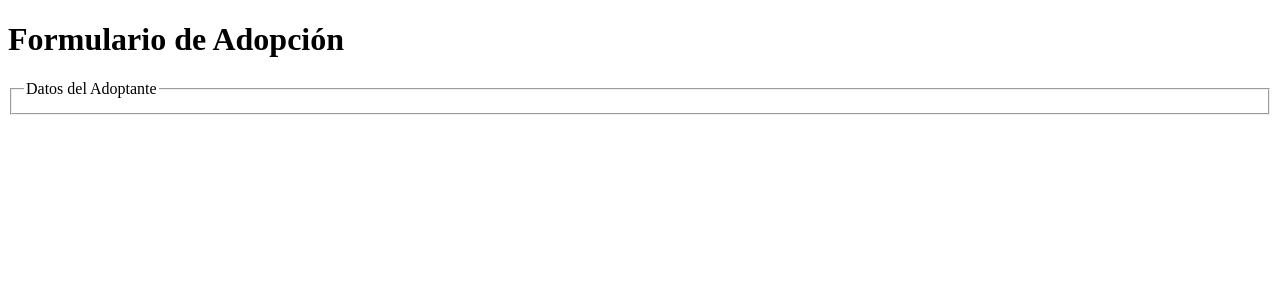
Repository: adriarodrisan/PetLover
Page: Paginas_web/contrato_adopcion.html
These files come from the project's save history. The page is drawn as it stood at one moment and after the next save; the edit follows.
The browser window is 1280 px wide. The pictures show the whole page.

Above is the page before, as saved 2025-03-31 17:20:28.

### Paginas_web/contrato_adopcion.html
<!DOCTYPE html>
<html lang="en">
<head>
    <meta charset="UTF-8">
    <meta name="viewport" content="width=device-width, initial-scale=1.0">
    <title>Formulario de adopcion - Petlover</title>
</head>
<body>
    <div class="Formulario-adopcion">
        <h1>Formulario de Adopción</h1>
        <form action="procesar_adopcion.php" method="POST">
            <fieldset>
                <legend>Datos del Adoptante</legend>
                </fieldset>
        </form>

    </div>

</body>
</html>

After the next save:
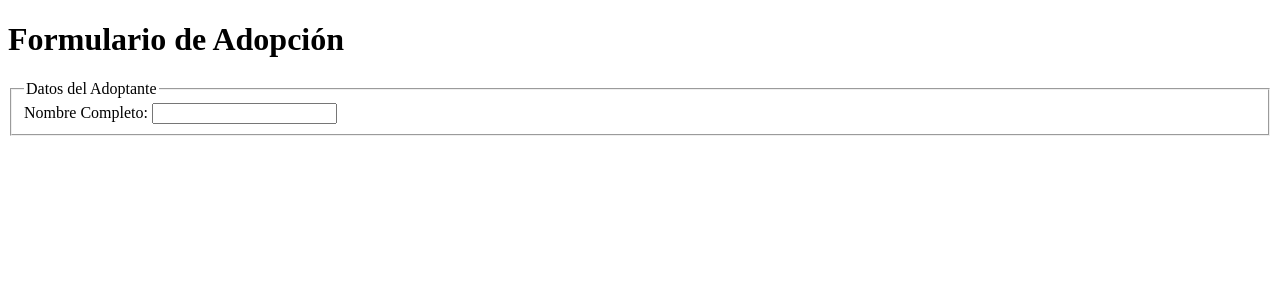
Saved 2 min 31 s later.
--- a/Paginas_web/contrato_adopcion.html
+++ b/Paginas_web/contrato_adopcion.html
@@ -11,6 +11,7 @@
         <form action="procesar_adopcion.php" method="POST">
             <fieldset>
                 <legend>Datos del Adoptante</legend>
+                <label>Nombre Completo: <input type="text" name="nombre" required> </label>
                 </fieldset>
         </form>
 
